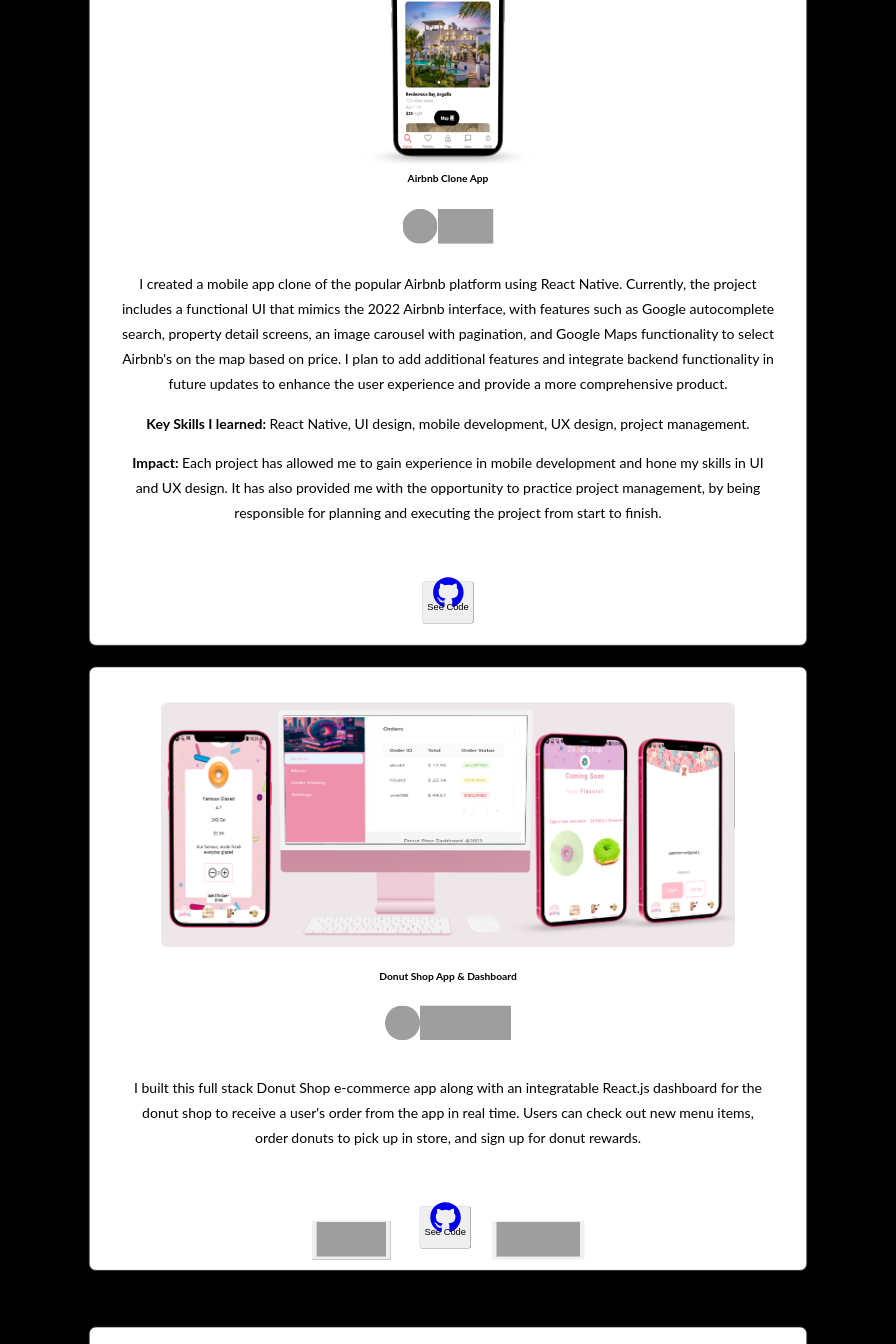
Repository: JamesPesenti/portfolio
Page: /
The author's editor kept a copy of each file at every save. The page is drawn from the files as they stood at one save, then again after the next save.
The browser window is 1280 px wide. The pictures show the part of the page from y = 1665 to 3585 px (the page is 6929 px tall), at 70% of full size.
Pictures or frames that could not be fetched are drawn as grey boxes. The project was rebuilt for these pictures with package versions that can differ from the ones it lists, and the page was loaded fresh each time. Imported but missing from the stored project, and not drawn on this page: src/Components/James Pesenti Resume 2023.pdf.

Above is the page before, as saved 2023-05-05 15:01:25.

### public/index.html
<!DOCTYPE html>
<html lang="en">
  <head>
    <meta charset="utf-8" />
    <link rel="" href="" />
    <meta name="viewport" content="width=device-width, initial-scale=1" />
    <meta name="theme-color" content="#000000" />
    <meta name="description" content="James Pesenti Portfolio 2022" />
    <link rel="apple-touch-icon" href="" />
    <link rel="manifest" href="%PUBLIC_URL%/manifest.json" />

    <title>Portfolio 2023</title>

  </head>
  <body>
    <div id="root"></div>
  </body>
</html>

### src/Components/Navbar.jsx
import React, {Component} from 'react'
import { FaGithub } from "react-icons/fa";
import { FaEnvelope } from "react-icons/fa";
import { FaFile } from "react-icons/fa";
import Pdf from "../Components/James Pesenti Resume 2023.pdf"


const Navbar = () => {
  return (
    <>
          <div className="navbar flex">
            <div className="container">
                <nav>
                  <ul style={{textAlign: "center", marginTop: 70, position: 'relative', left: 0, top: -2}}>
                    <li>
                      <a className="App-link"  href="mailto:jamespesenti91@gmail.com" target="_blank" rel="noopener noreferrer">
                      <FaEnvelope size={35} style={{display: "flex", textAlign: "center", marginLeft: 10}}/>
                          Contact
                      </a>
                    </li>
                    <li>
                      <a className="App-link" href="https://github.com/JamesPesenti" target="_blank" rel="noopener noreferrer">
                        <FaGithub size={35} style={{display: "flex", textAlign: "center", marginLeft: 10}} />
                        GitHub
                      </a>
                    </li>
                    <li>
                      <a className="App-link" href={Pdf} target="_blank" rel="noopener noreferrer">
                        <FaFile size={35} style={{display: "flex", textAlign: "center", marginLeft: 10}} />
                        Resume
                      </a>
                    </li>
                  </ul>
                </nav>
                {/* <h4 style={{color: "white", textAlign: 'center', marginBottom:-440}}>
                  See my work below and send a message to get in touch
                </h4> */}
            </div>
          </div>
    </>
  )
}

export default Navbar

### src/Components/AboutMe.jsx
import React from 'react'
import { FontAwesomeIcon } from '@fortawesome/react-fontawesome'
import { FaGithub } from "react-icons/fa";
import { FaMapPin } from "react-icons/fa";

const AboutMe = () => {
  return (
    <>

        <div style={{justifyContent: "center", textAlign: "center", color: "white", padding: 50,}}>
            {/* Spinning image  */}
            {/* <img style={{padding: 10, borderRadius: "50%", width: 200, height: 200,}} src="/images/IMG_1619.jpg" className="App-logo" alt="logo" /> */}
            <img style={{padding: 10, borderRadius: "50%", width: 200, height: 200,}} src="/images/IMG_1619.jpg" alt="logo" />
            <h1>I'm James Pesenti</h1>
            <h2>a Software Developer building mobile apps and websites</h2>
              <FaMapPin size={20} style={{position: "relative", top: 5, right: 65, }} />
              <h3 style={{marginTop: -24}}> Chicago, IL</h3>
        </div>

</>
  )
}

export default AboutMe

### src/Components/Scroll.jsx
import React from 'react'
import '../CSS/App.css';


const Scroll = () => {

  return (
    <>

        <div style={{marginBottom: 400, justifyContnent: 'center'}} id="section09" class="demo">
          <a href="#parallaxContainer">
            <span></span>
            Scroll down to see my work
          </a>
        </div>

    </>
  )
}

export default Scroll

### src/Components/MyProjects.jsx
import UberGoogleButton from "../Components/UberGoogleButton"
import AstonGoogleButton from "./AstonGoogleButton"
import AstonAppleButton from "./AstonAppleButton"
import BarceGoogleButton from "../Components/BarceGoogleButton"
import BarceAppleButton from "./BarceAppleButton"
import { FaGithub } from "react-icons/fa";

const MyProjects = () => {
  return (

  <>
    <div id="parallaxContainer">

    {/* Airbnb Clone */}
    <div style={{ justifyContent: 'center', alignItems: 'center',  width: "80%", borderRadius: 10}} className="box">
            <div>
                <img style={{ borderRadius: 10, marginTop: 50, marginBottom: -50, width: "48%", height: 350, transition: ".7s", }} src="images/mockrocket-capture (11).png" />
            </div>
            <h4 style={{textAlign: 'center'}}>Airbnb Clone App</h4>
                <div style={{flexDirection: "row", padding: 10, borderRadius: 10, marginBottom: -40,}}>
                  <img style={{width: 50, height: 50, borderRadius: 50}} src="https://i.pinimg.com/originals/8a/02/1a/8a021aa097236b42dd71fb731e3d894d.gif"/>
                  <img style={{width: 80, height: 50, }} src="https://www.datocms-assets.com/45470/1631026680-logo-react-native.png"  />
                  {/* <img style={{width: 50, height: 50, }} src="https://pbs.twimg.com/profile_images/1114309924551417856/FKA4cm2x_400x400.png"  /> */}
                </div>
            <p style={{fontSize: 20, textAlign: 'center', padding: 40, marginBottom: -70}}>I created a mobile app clone of the popular Airbnb platform using React Native. Currently, the project includes a functional UI that mimics the 2022 Airbnb interface, with features such as Google autocomplete search, property detail screens, an image carousel with pagination, and Google Maps functionality to select Airbnb's on the map based on price. I plan to add additional features and integrate backend functionality in future updates to enhance the user experience and provide a more comprehensive product.</p>
            <p style={{fontSize: 20, textAlign: 'center', padding: 30, marginBottom: -80}}><b> Key Skills I learned: </b>React Native, UI design, mobile development, UX design, project management.</p>
            <p style={{fontSize: 20, textAlign: 'center', padding: 50}}><b> Impact: </b> Each project has allowed me to gain experience in mobile development and hone my skills in UI and UX design. It has also provided me with the opportunity to practice project management, by being responsible for planning and executing the project from start to finish.</p>

            <div style={{flexDirection: "row"}}>
                {/* <UberGoogleButton  /> */}
                <button style={{marginTop: 40}} type="button" className="codeButton">
                  <a href="https://github.com/JamesPesenti/Donut_Shop" target="_blank" rel="noopener noreferrer">
                    <FaGithub  size={45} style={{ marginTop: -80, marginBottom: -25, justifyContent: "center", textAlign: "center"}} />
                  </a>
                  <p>See Code</p>
                </button>
                {/* <AstonAppleButton  /> */}
            </div>

        </div>


     {/* Donut Shop App */}
     <div style={{marginTop: 30, marginBottom: 20, justifyContent: 'center', alignItems: 'center',  width: "80%", borderRadius: 10}} className="box">
            <div>
                <img style={{ borderRadius: 10, marginTop: 50, width: "80%", height: 350, transition: ".7s", }} src="/images/appAndDashMock.png" />
            </div>
            <h4 style={{textAlign: 'center'}}>Donut Shop App & Dashboard</h4>
                <div style={{flexDirection: "row", padding: 10, borderRadius: 10, marginBottom: -40,}}>
                  <img style={{width: 50, height: 50, borderRadius: 50}} src="https://i.pinimg.com/originals/8a/02/1a/8a021aa097236b42dd71fb731e3d894d.gif"/>
                  <img style={{width: 80, height: 50, }} src="https://www.datocms-assets.com/45470/1631026680-logo-react-native.png"  />
                  <img style={{width: 50, height: 50, }} src="https://pbs.twimg.com/profile_images/1114309924551417856/FKA4cm2x_400x400.png"  />
                </div>
            <p style={{fontSize: 20,textAlign: 'center', padding: 50}}>I built this full stack Donut Shop e-commerce app along with an integratable React.js dashboard for the donut shop to receive a user's order from the app in real time. Users can check out new menu items, order donuts to pick up in store, and sign up for donut rewards.</p>

            <div style={{flexDirection: "row"}}>
                <UberGoogleButton  />
                <button style={{marginTop: 40}} type="button" className="codeButton">
                  <a href="https://github.com/JamesPesenti/Donut_Shop" target="_blank" rel="noopener noreferrer">
                    <FaGithub  size={45} style={{ marginTop: -80, marginBottom: -25, justifyContent: "center", textAlign: "center"}} />
                  </a>
                  <p>See Code</p>
                </button>
                <AstonAppleButton  />
            </div>

        </div>


    {/* Uber Eats App */}
    <div style={{marginTop: 80, marginBottom: 60, justifyContent: 'center', alignItems: 'center',  width: "80%", borderRadius: 10}} className="box">
            <div className="imgWrapper" style={{width: 480, height: 350}}>
                <img style={{ borderRadius: 5, marginTop: 50, width: "100%", height: 300, transition: ".7s", }} src="/images/UberEatsLast.png" />
            </div>
            <h4 style={{textAlign: 'center'}}>Uber Eats Clone App</h4>
                <div style={{flexDirection: "row", padding: 10, borderRadius: 10, marginBottom: -40,}}>
                  <img style={{width: 50, height: 50, borderRadius: 50}} src="https://i.pinimg.com/originals/8a/02/1a/8a021aa097236b42dd71fb731e3d894d.gif"/>
                  <img style={{width: 80, height: 50, }} src="https://www.datocms-assets.com/45470/1631026680-logo-react-native.png"  />
                  <img style={{width: 50, height: 50, }} src="https://pbs.twimg.com/profile_images/1114309924551417856/FKA4cm2x_400x400.png" />
                </div>
            <p style={{fontSize: 20,textAlign: 'center', padding: 50}}>A full stack React Native app inspired by the UberEats user app. I utilized AWS Amplify's datastore to configure the back-end to query and save customer's orders and used Amazon Cognito for user registration, authentication, & account recovery.</p>

            <div style={{flexDirection: "row"}}>
                <UberGoogleButton  />
                <button style={{marginTop: 40}} type="button" className="codeButton">
                  <a href="https://github.com/JamesPesenti/UberEatsClone" target="_blank" rel="noopener noreferrer">
                    <FaGithub  size={45} style={{ marginTop: -80, marginBottom: -20, justifyContent: "center", textAlign: "center"}} />
                  </a>
                  <p>See Code</p>
                </button>
                <AstonAppleButton  />
            </div>

        </div>


     {/* Aston Waikiki App */}
       <div style={{marginTop: 80, marginBottom: 120, justifyContent: 'center', alignItems: 'center',  width: "80%", borderRadius: 10}} className="box">
            <div className="imgWrapper" style={{width: 450, height: 350}}>
                <img style={{ marginTop: 50, width: "100%", height: "auto", transition: ".7s", }} src="/images/astonmock.png" />
            </div>
            <h4 style={{textAlign: 'center'}}>Aston Waikiki Hotel UI</h4>
                <div style={{flexDirection: "row", padding: 10, borderRadius: 10, marginBottom: -40,}}>
                  <img style={{width: 50, height: 50, borderRadius: 50}} src="https://i.pinimg.com/originals/8a/02/1a/8a021aa097236b42dd71fb731e3d894d.gif"/>
                  <img style={{width: 80, height: 50, }} src="https://www.datocms-assets.com/45470/1631026680-logo-react-native.png"  />
                </div>
            <p style={{fontSize: 20,textAlign: 'center', padding: 50}}>A React Native UI design I created to reimagine the hotel Aston Waikiki Beach's website into a cross platform mobile app. I used most of the content and images from the current website and utilized both Bottom Tabs, Drawer navigation and other React Native libraries for a better user experience.</p>

            <div style={{flexDirection: "row"}}>
                <AstonGoogleButton  />
                <button style={{marginTop: 40}} type="button" className="codeButton">
                        <a href="https://github.com/JamesPesenti/AstonWaikikiBeachApp" target="_blank" rel="noopener noreferrer">
                            <FaGithub  size={45} style={{ marginTop: -80, marginBottom: -20, justifyContent: "center", textAlign: "center"}} />
                        </a>
                        <p>See Code</p>
                </button>
                <AstonAppleButton  />
            </div>

        </div>


    {/* Barcelona App */}
       <div style={{marginTop: 20, marginBottom: 120, justifyContent: 'center', alignItems: 'center',  width: "80%", borderRadius: 10}} className="box">
            <div className="imgWrapper" style={{width: 650, height: 300}}>
                <img style={{ marginTop: 30, width: "100%", height: 250, transition: ".7s", }} src="/images/barcelonamockup.png" />
            </div>
            <h4 style={{textAlign: 'center'}}>Barcelona Tourist App</h4>
                <div style={{flexDirection: "row", padding: 10, borderRadius: 10, marginBottom: -20,}}>
                <img style={{width: 80, height: 50,}} src="https://www.datocms-assets.com/45470/1631026680-logo-react-native.png"  />
                <img style={{width: 50, height: 50, borderRadius: 50}} src="https://i.pinimg.com/originals/8a/02/1a/8a021aa097236b42dd71fb731e3d894d.gif"/>
                </div>
            <p style={{fontSize: 20, textAlign: 'center', padding: 50}}>I created this React Native app for visitors of Barcelona Spain to save pictures and locations of their favorite places. I used pop-up modals for users to quickly get information on popular sights and used geolocation with google maps so users can save their location and select it on the map.</p>

            <div style={{flexDirection: "row"}}>
               <BarceAppleButton  />
                <button style={{marginTop: 40}} type="button" className="codeButton">
                        <a href="https://github.com/JamesPesenti/BarcelonaApp" target="_blank" rel="noopener noreferrer">
                            <FaGithub  size={45} style={{ marginTop: -80, marginBottom: -20, justifyContent: "center", textAlign: "center"}} />
                        </a>
                        <p>See Code</p>
                </button>
                <BarceGoogleButton  />
            </div>

        </div>

    {/* IAR React App */}
        {/* <div style={{marginBottom: 0, justifyContent: 'center', alignItems: 'center',  width: "80%", borderRadius: 10}} className="box">
            <img style={{ width: 600, height: 350, borderRadius: 10, borderWidth: 2, borderColor: "green"}} src="/images/innermock.png" />
            <h4 style={{textAlign: 'center'}}>Inner Aura Readings Website</h4>
            <div style={{flexDirection: "row", padding: 10, borderRadius: 10}}>
                <img src="https://www.logo.wine/a/logo/React_(web_framework)/React_(web_framework)-Logo.wine.svg" style={{width: 100, height: 50,}} />
                <img className="logoBox" src="https://cdn.pixabay.com/photo/2017/08/05/11/16/logo-2582747_1280.png" style={{width: 50, height: 50,}} />
            </div>
            <p style={{fontSize: 20, textAlign: 'center', padding: 50}}>This was the first official React.js web app that I developed. I made it for a friend who wanted to reach more customers with a mobile friendly website. I made multiple iterations and converted it into a PWA for offline operability with native like performance. </p>
            <button style={{marginTop: 0}} type="button" className="codeButton">
                        <a href="https://github.com/JamesPesenti/InnerAuraReadings2022" target="_blank" rel="noopener noreferrer">
                            <FaGithub  size={45} style={{ marginTop: -80, marginBottom: -20, justifyContent: "center", textAlign: "center"}} />
                        </a>
                        <p>See Code</p>
            </button>

        </div> */}


{/* REapp */}
        {/* <div style={{marginBottom: 100, justifyContent: 'center', alignItems: 'center',  width: "80%", borderRadius: 10,}} className="box">
        <img style={{marginTop: 50, width: 800, height: 350, borderRadius: 10, borderWidth: 2, borderColor: "green"}} src="/images/remockup.png" />
            <h4 style={{textAlign: 'center'}}>Real Estate Listing Website </h4>
            <div style={{flexDirection: "row", padding: 10, borderRadius: 10}}>
                <img src="https://www.logo.wine/a/logo/React_(web_framework)/React_(web_framework)-Logo.wine.svg" style={{width: 100, height: 50,}} />
                <img src="https://img.icons8.com/color/480/cloud-firestore.png" style={{width: 50, height: 50,}} />
                <img src="https://raw.githubusercontent.com/JamesPesenti/RealEstateApp/16b046b3d34b4a26468627e906dc503be8911b73/src/assets/svg/googleIcon.svg" style={{marginBottom: 8, width: 100, height: 30,}} />
            </div>
            <p style={{fontSize: 20, textAlign: 'center', padding: 50}}>Real Estate listing website built with React, FireStore database and Google OAuth to sign in with a google account. You can search listings for rent/sale and login to your account to create a listing and save offers. Inspiration and back-end code taken from Brad Traversey's React course I took on Udemy.</p>
            <button style={{marginTop: 40}} type="button" className="codeButton">
                        <a href="https://github.com/JamesPesenti/RealEstateApp" target="_blank" rel="noopener noreferrer">
                            <FaGithub  size={45} style={{ marginTop: -80, marginBottom: -20, justifyContent: "center", textAlign: "center"}} />
                        </a>
                        <p>See Code</p>
            </button>
        </div> */}

    </div>


    </>
  )
}

export default MyProjects

### src/Components/UberGoogleButton.jsx
import React from 'react'


const UberGoogleButton = () => {
  return (
    <>
    <button type="button" style={{marginRight: 40, borderWidth: .1, borderColor: '#efefef', borderRadius: 5}}>
        <a href="https://expo.dev/accounts/jimpesenti/projects/UberEats/builds/b9dfcb73-dd37-4009-b5f9-7d24a72b937d">
            <img style={{width: 100, height: 50, borderRadius: 0}} src="https://logos-world.net/wp-content/uploads/2020/12/Google-Play-Logo-500x281.png"/>
        </a>
    </button>
    </>
  )
}

export default UberGoogleButton

### src/Components/AstonGoogleButton.jsx
import React from 'react'


const AstonGoogleButton = () => {
  return (
    <>
    <button type="button" style={{marginRight: 40, borderWidth: .1, borderColor: '#efefef', borderRadius: 5}}>
        <a href="https://play.google.com/store/apps/details?id=com.jamespesenti91.astonwaikikibeach">
            <img style={{width: 100, height: 50, borderRadius: 0}} src="https://logos-world.net/wp-content/uploads/2020/12/Google-Play-Logo-500x281.png"/>
        </a>
    </button>
    </>
  )
}

export default AstonGoogleButton

### src/Components/AstonAppleButton.jsx
import React from 'react'

const AstonAppleButton = () => {
  return (
    <>
    <button type="submit" style={{marginLeft: 30, borderWidth: 0,}}  >
        <a href="">
            <img style={{width: 120, height: 50, borderRadius: 0}} src="https://images.squarespace-cdn.com/content/v1/5b549a7f3c3a53487c250f58/1597439116255-P7ME5MNOIWQLJS1X4CPP/Apple+App+Store+Logo+Button.png"/>
        </a>
    </button>
    </>
  )
}

export default AstonAppleButton

### src/Components/BarceGoogleButton.jsx
import React from 'react'


const BarceGoogleButton = () => {
  return (
    <>
    <button type="button" style={{marginLeft: 30, borderWidth: .1, borderColor: '#efefef', borderRadius: 5}}>
        <a href="https://play.google.com/store/apps/details?id=com.jamespesenti91.VisitBarcelona">
            <img style={{width: 100, height: 50, borderRadius: 0}} src="https://logos-world.net/wp-content/uploads/2020/12/Google-Play-Logo-500x281.png" alt="barceButton"/>
        </a>
    </button>
    </>
  )
}

export default BarceGoogleButton

### src/Components/BarceAppleButton.jsx
import React from 'react'

const BarceAppleButton = () => {
  return (
    <>
    <button type="submit" style={{marginRight: 30, borderWidth: 0,}}  >
        <a href="">
            <img style={{width: 120, height: 50, borderRadius: 0}} src="https://images.squarespace-cdn.com/content/v1/5b549a7f3c3a53487c250f58/1597439116255-P7ME5MNOIWQLJS1X4CPP/Apple+App+Store+Logo+Button.png"/>
        </a>
    </button>
    </>
  )
}

export default BarceAppleButton

Loaded but not shown: src/index.js (common file); src/reportWebVitals.js (common file); src/serviceWorkerRegistration.js (137 lines, source omitted); src/App.js (33 lines, source omitted); src/CSS/App.css (351 lines, source omitted); src/CSS/index.css (197 lines, source omitted)

After the next save:
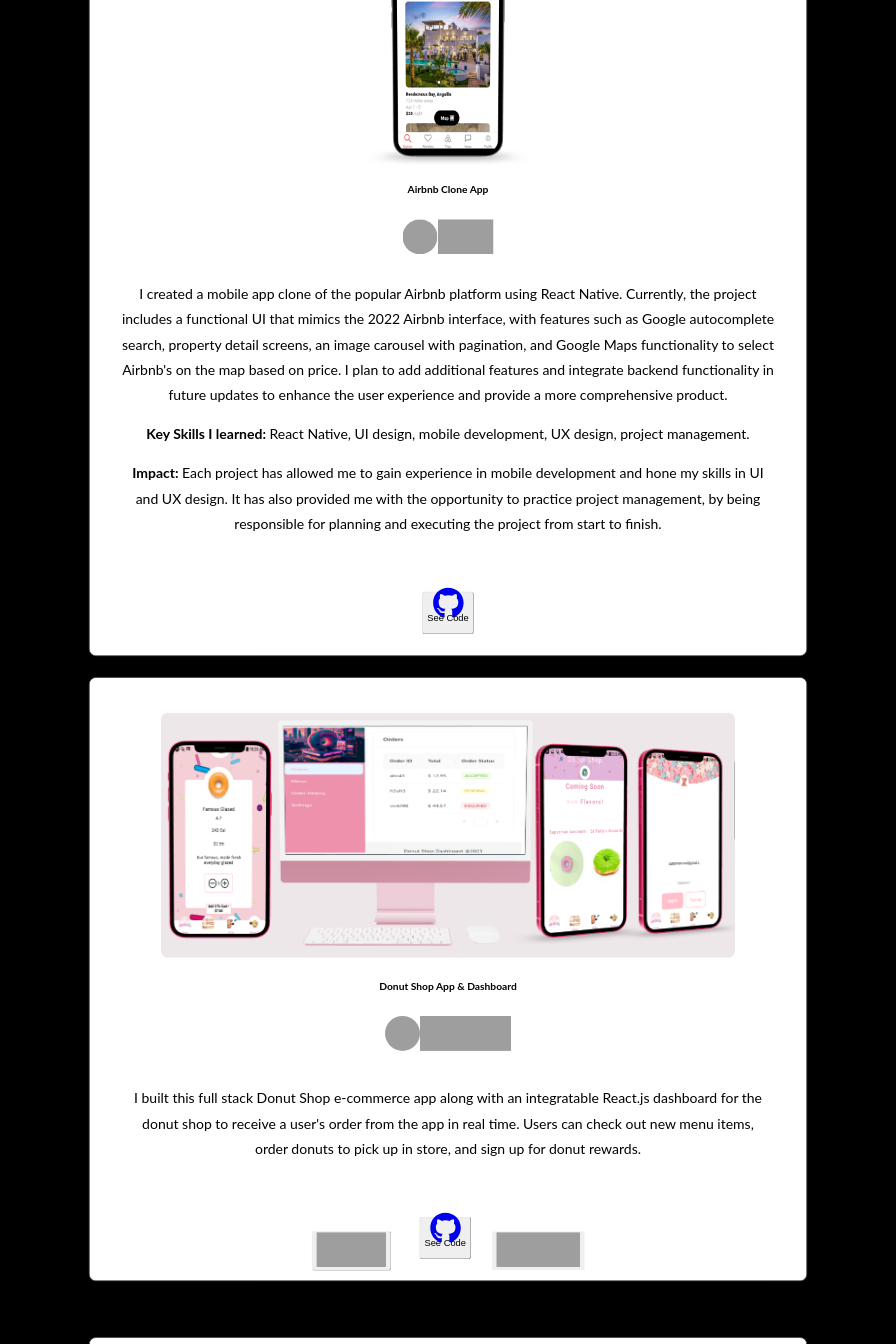
Saved 11 s later.
--- a/src/Components/MyProjects.jsx
+++ b/src/Components/MyProjects.jsx
@@ -14,7 +14,7 @@
     {/* Airbnb Clone */}
     <div style={{ justifyContent: 'center', alignItems: 'center',  width: "80%", borderRadius: 10}} className="box">
             <div>
-                <img style={{ borderRadius: 10, marginTop: 50, marginBottom: -50, width: "48%", height: 350, transition: ".7s", }} src="images/mockrocket-capture (11).png" />
+                <img style={{ borderRadius: 10, marginTop: 50, marginBottom: -35, width: "48%", height: 350, transition: ".7s", }} src="images/mockrocket-capture (11).png" />
             </div>
             <h4 style={{textAlign: 'center'}}>Airbnb Clone App</h4>
                 <div style={{flexDirection: "row", padding: 10, borderRadius: 10, marginBottom: -40,}}>
